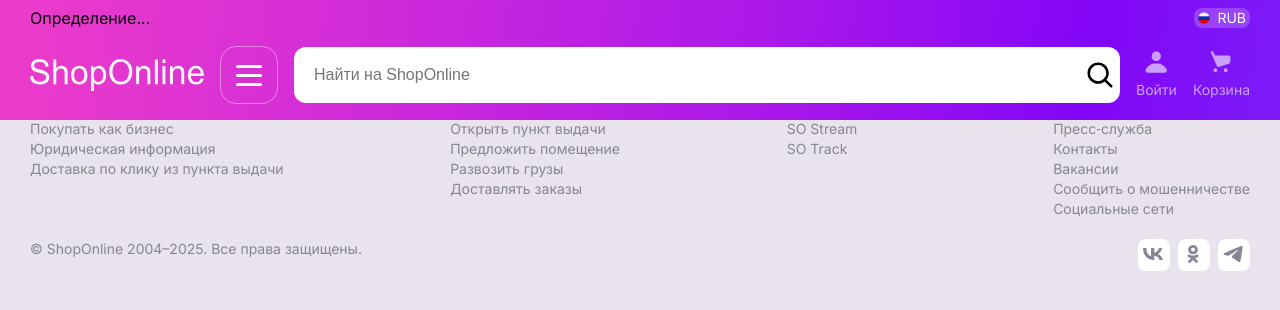
Repository: RostislavZeberg/ShopOnline
Page: /cart
These files come from the project's save history. The page is drawn as it stood at one moment and after the next save; the edit follows.
The browser window is 1280 px wide. The pictures show the whole page.
The page's requests for data from a server got no answer. The project was rebuilt for these pictures with package versions that can differ from the ones it lists, and the page was loaded fresh each time. The framework's server and built-in components were replaced by stand-ins that run in the browser. No one was signed in, and anything a server would have sent is missing. Also part of the build but not shown: next.config.ts.

Above is the page before, as saved 2025-08-15 14:30:33.

### src/app/layout.tsx
import { Inter } from 'next/font/google'
import { ReduxProvider } from './ReduxProvider';
import type { Metadata } from 'next'

import { Header } from '@/components/Header/Header';
import { Footer } from '@/components/Footer/Footer';
import '@/styles/globals.scss';

const inter = Inter({ subsets: ['latin'] })

export const metadata: Metadata = {
  title: "Shop Online",
  description: "There is a huge selection of products in our Shop Online",
};

export default function RootLayout({
  children,
}: {
  children: React.ReactNode
}) {
  return (
    <html lang="en">
      <body>
        <ReduxProvider> {/* Redux доступен везде */}
          <Header /> {/* Может использовать useSelector/useDispatch */}
          <>{children}</>
          <Footer /> {/* Может использовать useSelector/useDispatch */}
        </ReduxProvider>
      </body>
    </html>
  )
}

### src/app/cart/page.tsx
import Cart from '@/components/Cart'
import { Metadata } from 'next'

export const metadata: Metadata = {
  title: 'Shopping Cart | Shop Online',
  robots: 'noindex', // Чтобы поисковики не индексировали корзины
}

export default function CartPage() {
  return (
    <div className="container mx-auto px-4 py-8">
      <h1 className="text-3xl font-bold mb-6">Your Shopping Cart</h1>
      <Cart />
    </div>
  )
}

### src/app/ReduxProvider.tsx
"use client"; // Обязательно в Next.js, если используются хуки

import { Provider } from "react-redux";
import { store } from "@/store/store"; // Ваш Redux-store

export function ReduxProvider({ children }: { children: React.ReactNode }) {
  return <Provider store={store}>{children}</Provider>;
}

### src/components/Header/Header.tsx
import React from 'react';
import Link from 'next/link';

import { YourCity } from './YourCity';
import { CurrencySelection } from './CurrencySelection';
import { BtnBurger } from './BtnBurger';
import { SearchProduct } from './SearchProduct';
import { HeaderNav } from './HeaderNav';
import { OpenSearchDetailed } from './OpenSearchDetailed';
import styles from './header.module.scss'
import { SearchProductDetailed } from '@/modal/SearchProductDetailed/SearchProductDetailed';

export const Header: React.FC = () => {

  return (
    <header className={styles.header}>
      <div className="container">
        <div className={styles.top}>
          <YourCity />
          <CurrencySelection />
        </div>
        <div className={styles.bottom}>
          <Link href={'/'} className="header__logo">
            <img src="/logo.svg" alt="Логотип" className="logo" />
          </Link>
          <BtnBurger />
          <SearchProduct />
          <HeaderNav />
        </div>
        <SearchProductDetailed />
      </div>
    </header>
  );
};

### src/components/Cart.tsx
const Cart = () => {
  return (
    <div>Cart component</div>
  )
}

export default Cart

### src/store/store.ts
import { configureStore, combineSlices } from '@reduxjs/toolkit';
import burgerSlice from './slices/burgerSlice';
import logInSlice from './slices/logInSlice';
import productsSlice from './slices/productsSlice';
import filterSlice from './slices/filterSlice';
import categoriesSlice from './slices/categoriesSlice';
import authFormSlice from './slices/authFormSlice';
import backgroundSlice from './slices/backgroundSlice';
import favoriteSlice from './slices/favoriteSlice';

const rootReducer = combineSlices({
  burgerSlice,
  logInSlice,
  productsSlice,
  filterSlice,
  categoriesSlice,
  authFormSlice,
  backgroundSlice,
  favoriteSlice
});

export const store = configureStore({
  reducer: rootReducer,
});

export type RootState = ReturnType<typeof store.getState>;
export type AppDispatch = typeof store.dispatch;

### src/components/Header/YourCity.tsx
"use client"
import { useCityDetection } from "@/hooks/useCityDetection";
import { useState } from 'react';
import styles from './header.module.scss'

export const YourCity = () => {
  const { city, error, isLoading } = useCityDetection();
  const [coordinates, setCoordinates] = useState<[number, number] | null>(null);

  const handleCityClick = () => {
    if (!city || city === 'Определение...') return;

    // Если есть координаты - используем их
    if (coordinates) {
      window.open(`https://yandex.ru/maps/?pt=${coordinates[1]},${coordinates[0]}&z=12&l=map`, '_blank');
    } else {
      // Иначе ищем по названию города
      window.open(`https://yandex.ru/maps/?text=${encodeURIComponent(city)}`, '_blank');
    }
  };

  return (
    <>
      {isLoading ? (
        <span>Определение...</span>
      ) : error ? (
        <span title={error} onClick={handleCityClick} className={styles.clickableCity}>
          {city}
        </span>
      ) : (
        <span className={`${styles.city} ${styles.clickableCity}`} onClick={handleCityClick}>
          {city}
        </span>
      )}
    </>
  );
}

### src/components/Header/CurrencySelection.tsx
"use client"
import { useCurrencySelect } from "@/hooks/useCurrencySelect ";
import styles from './header.module.scss'

export const CurrencySelection = () => {
  const {
    selectedCurrency,
    isOpenCurrency,
    setIsOpenCurrency,
    handleSelect,
    currencies,
  } = useCurrencySelect('RUB');

  return (
    <div className={`${styles.top__item} ${styles.country}`}>
      <div
        className={styles.show}
        onMouseEnter={() => setIsOpenCurrency(true)}
      >
        <img className={styles.show__icon} src={`/icon_country-${selectedCurrency.code}.svg`} alt="Флаг страны" />
        <span className={styles.show__code}>{selectedCurrency.code}</span>
      </div>

      {isOpenCurrency && (
        <div
          className={styles.list}
          onMouseEnter={() => setIsOpenCurrency(true)}
          onMouseLeave={() => setIsOpenCurrency(false)}
        >
          <h2 className={styles.list__title}>Валюта</h2>
          {currencies.map((currency) => (
            <div
              onClick={() => handleSelect(currency)}
              className={`${styles.item} ${selectedCurrency.code === currency.code ? styles.item__active : ''}`}
              key={currency.code}
            >
              <div className={styles.item__block}>
                <img className={styles.item__icon} src={`/icon_country-${currency.code}.svg`} alt="Флаг страны" />
                <span className={styles.item__code}>{currency.code}</span>
                <span className={styles.item__name}>{currency.name}</span>
              </div>
              <div className={selectedCurrency.code === currency.code ?
                `${styles.item__mark}` : `${styles['item__mark-none']}`}>✓</div>
            </div>
          ))}
        </div>
      )}
    </div>
  )
}

### src/components/Header/BtnBurger.tsx
"use client"
import { useDispatch, useSelector } from 'react-redux';

import { toggleBurger } from '../../store/slices/burgerSlice';
import type { RootState } from '../../store/store';

export const BtnBurger = () => {
  const dispatch = useDispatch();
  const isOpenSearchDetailed = useSelector((state: RootState) => state.burgerSlice.isOpenSearchDetailed);

  return (
    <button
      className={`header__burger burger btn-reset ${isOpenSearchDetailed ? 'burger--close' : ''}`}
      onClick={() => dispatch(toggleBurger())}
    >
      <span className={`burger__line ${isOpenSearchDetailed ? 'burger__line--close' : ''}`}></span>
    </button>
  );
};

### src/components/Header/SearchProduct.tsx
"use client"
import { useState, useCallback, useEffect } from 'react'

import { useDebounce } from '@/hooks/useDebounce'
import styles from './header.module.scss'

export const SearchProduct = () => {
  const [searchQuery, setSearchQuery] = useState('')
  const debouncedSearchQuery = useDebounce(searchQuery, 300)

  // Эффект для выполнения поиска при изменении debounced значения
  useEffect(() => {
    if (debouncedSearchQuery) {
      console.log("Search for:", debouncedSearchQuery)

    }
  }, [debouncedSearchQuery])

  const handleInput = (e: React.ChangeEvent<HTMLInputElement>) => {
    setSearchQuery(e.target.value)
  }

  const handleClear = useCallback(() => {
    setSearchQuery('')
  }, [])

  return (
    <div className={styles.search} role="search">
      <input
        onChange={handleInput}
        value={searchQuery}
        type="text"
        className={styles.search__input}
        placeholder="Найти на ShopOnline"
        aria-label="Поиск товаров"
      />
      <svg
        className={styles.search__icon}
        viewBox="0 0 24 24"
        fill="none"
        xmlns="http://www.w3.org/2000/svg"
        aria-hidden="true"
      >
        <path
          d="M15.7955 15.8111L21 21M18 10.5C18 14.6421 14.6421 18 10.5 18C6.35786 18 3 14.6421 3 10.5C3 6.35786 6.35786 3 10.5 3C14.6421 3 18 6.35786 18 10.5Z"
          stroke="currentColor"
          strokeWidth="2"
          strokeLinecap="round"
          strokeLinejoin="round"
        />
      </svg>
      {searchQuery && (
        <button
          onClick={handleClear}
          className={`btn-closed btn-reset ${styles['btn-closed--search']}`}
          aria-label="Очистить поиск"
        >
        </button>
      )}
    </div>
  )
}

### src/components/Header/HeaderNav.tsx
"use client"
import { useDispatch, useSelector } from 'react-redux';
import Link from 'next/link';

import type { RootState } from '../../store/store';
import { toggleEnterLogIn } from '../../store/slices/logInSlice';
import { toggleBackground } from '../../store/slices/backgroundSlice';
import styles from './header.module.scss'

export const HeaderNav = () => {
  const dispatch = useDispatch();
  const isEnterLogIn = useSelector((state: RootState) => state.logInSlice.isEnterLogIn);

  const toggleRegister = () => {
    dispatch(toggleEnterLogIn());
    dispatch(toggleBackground());
  }

  return (
    <nav className={styles.nav}>
      {isEnterLogIn &&
        <>
          <Link href="/" className={styles.link}>
            <span className={`${styles.link__icon} ${styles['link__icon--favorites']}`}></span>
            Избранные
          </Link>
          <Link href="/" className={styles.link}>
            <span className={`${styles.link__icon} ${styles['link__icon--orders']}`}></span>
            Заказы
          </Link>
        </>
      }
      <Link href="/" onClick={toggleRegister} className={styles.link}>
        <span className={`${styles.link__icon} ${styles['link__icon--log-in']}`}></span>
        {!isEnterLogIn ? 'Войти' : 'Профиль'}
      </Link>
      <Link href="/" className={styles.link}>
        <span className={`${styles.link__icon} ${styles['link__icon--basket']}`}></span>
        Корзина
      </Link>
    </nav>
  )
}

### src/components/Footer/footer.module.scss
.footer {
  padding: 40px 0 72px;
  background-color: rgba(211, 212, 221, .24);
  color: #242424;

  &__top {
    display: flex;
    justify-content: space-between;
    margin-bottom: 20px !important;

    &-item {
      &--title {
        font-size: 14px;
        font-weight: 400;
        line-height: 20px;
        color: #242424;
      }

      &--descr {
        font-size: 14px;
        line-height: 20px;
        color: #868695;
      }
    }
  }

  &__bottom {
    display: flex;
    justify-content: space-between;
  }

  &__bottom-span {
    font-size: 14px;
    line-height: 20px;
    display: flex;
    color: #868695;
  }

  &__social {
    gap: 8px;
    display: flex;
  }

  &__social-icon {
    background-color: #fff;
    border-radius: 8px;
    width: 32px;
    height: 32px;
    display: block;
    position: relative;
  }

  &__social-icon--vk,
  &__social-icon--ok,
  &__social-icon--tg {
    width: 30px;
    height: 30px;
    display: block;
    -webkit-mask-position: 50%;
    mask-position: 50%;
    -webkit-mask-size: auto;
    mask-size: auto;
    -webkit-mask-repeat: no-repeat;
    mask-repeat: no-repeat;
    background-color: #868695;
    transition: background-color .3s;
  }

  &__social-icon--vk {
    -webkit-mask-image: url(/vk.svg);
    -webkit-mask-image: url(/vk.svg);
    mask-image: url(/vk.svg);
  }

  &__social-icon--ok {
    -webkit-mask-image: url(/ok.svg);
    -webkit-mask-image: url(/ok.svg);
    mask-image: url(/ok.svg);
  }

  &__social-icon--tg {
    -webkit-mask-image: url(/tg.svg);
    -webkit-mask-image: url(/tg.svg);
    mask-image: url(/tg.svg);
  }

  &__social-icon--vk:hover {
    background-color: #07f;
  }

  &__social-icon--ok:hover {
    background-color: #ff7701;
  }

  &__social-icon--tg:hover {
    background-color: #3490ec;
  }
}

### src/store/slices/burgerSlice.ts
import { createSlice } from '@reduxjs/toolkit';
import type { PayloadAction } from '@reduxjs/toolkit';

interface BurgerState {
  isOpenSearchDetailed: boolean;
}

const initialState: BurgerState = {
  isOpenSearchDetailed: false,
};

export const burgerSlice = createSlice({
  name: 'burger',
  initialState,
  reducers: {
    toggleBurger: (state) => {
      state.isOpenSearchDetailed = !state.isOpenSearchDetailed;
    },
    setBurgerState: (state, action: PayloadAction<boolean>) => {
      state.isOpenSearchDetailed = action.payload;
    },
  },
});

export const { toggleBurger, setBurgerState } = burgerSlice.actions;
export default burgerSlice.reducer;

### src/store/slices/logInSlice.ts
import { createSlice } from '@reduxjs/toolkit';
import type { PayloadAction } from '@reduxjs/toolkit';

interface LogInState {
  isEnterLogIn: boolean;
}

const initialState: LogInState = {
  isEnterLogIn: false,
};

export const logInSlice = createSlice({
  name: 'log-in',
  initialState,
  reducers: {
    toggleEnterLogIn: (state) => {
      state.isEnterLogIn = !state.isEnterLogIn;
    },
    setEnterLogInState: (state, action: PayloadAction<boolean>) => {
      state.isEnterLogIn = action.payload;
    },
  },
});

export const { toggleEnterLogIn, setEnterLogInState } = logInSlice.actions;
export default logInSlice.reducer;

### src/store/slices/productsSlice.ts
import { createSlice, createAsyncThunk } from '@reduxjs/toolkit';
import type { PayloadAction } from '@reduxjs/toolkit';
import { fetchProductsWithCategories } from '@/services/api';
import { FilterState } from '@/types/filterTypes';
import { filterProducts } from '@/utils/filterProducts';
import { IProductsState, IProductTotal } from '@/types/productsTypes';

export const loadProductsWithCategories = createAsyncThunk(
  'products/loadProductsWithCategories',
  async () => {
    const response = await fetchProductsWithCategories();
    return response;
  }
);

const initialState: IProductsState = {
  items: [],
  filteredItems: [],
  loading: false,
  error: null,
};

const productsSlice = createSlice({
  name: 'products',
  initialState: {
    items: [] as IProductTotal[],
    filteredItems: [] as IProductTotal[],
    loading: false,
    error: null as string | null,
  },
  reducers: {
    applyFilters(state, action: PayloadAction<FilterState>) {
      if (state.items.length > 0) {
        state.filteredItems = filterProducts(state.items, action.payload);
      }
    },
    resetFilters(state) {
      state.filteredItems = state.items;
    }
  },
  extraReducers: (builder) => {
    builder
      .addCase(loadProductsWithCategories.pending, (state) => {
        state.loading = true;
        state.error = null;
      })
      .addCase(
        loadProductsWithCategories.fulfilled,
        (state, action: PayloadAction<IProductTotal[]>) => {
          state.items = action.payload;
          state.filteredItems = action.payload;
          state.loading = false;
        }
      )
      .addCase(loadProductsWithCategories.rejected, (state, action) => {
        state.loading = false;
        state.error = action.error.message || 'Failed to load products';
      });
  },
});

export const { applyFilters, resetFilters } = productsSlice.actions;
export default productsSlice.reducer;

### src/store/slices/filterSlice.ts
import { createSlice } from '@reduxjs/toolkit';
import type { PayloadAction } from '@reduxjs/toolkit';
import { FilterState, PriceRange } from '@/types/filterTypes';

const initialState: FilterState = {
  title: '',
  price: {
    min: 0,
    max: Infinity,
  },
  colors: [],
  categories: [],
};

const filterSlice = createSlice({
  name: 'filter',
  initialState,
  reducers: {
    setFilters(state, action: PayloadAction<Partial<FilterState>>) {
      return { ...state, ...action.payload };
    },
    resetFilters(state) {
      return initialState;
    },
    setTitle(state, action: PayloadAction<string>) {
      state.title = action.payload;
    },
    setPrice(state, action: PayloadAction<PriceRange>) {
      state.price = action.payload;
    },
    setMinPrice(state, action: PayloadAction<number>) {
      state.price.min = action.payload;
    },
    setMaxPrice(state, action: PayloadAction<number>) {
      state.price.max = action.payload;
    },
    toggleColor(state, action: PayloadAction<string>) {
      const color = action.payload.toLowerCase();
      const index = state.colors.indexOf(color);
      if (index === -1) {
        state.colors.push(color);
      } else {
        state.colors.splice(index, 1);
      }
    },
    toggleCategory(state, action: PayloadAction<string>) {
      const category = action.payload.toLowerCase();
      const index = state.categories.indexOf(category);
      if (index === -1) {
        state.categories.push(category);
      } else {
        state.categories.splice(index, 1);
      }
    },
  },
});

export const {
  setFilters,
  resetFilters,
  setTitle,
  setPrice,
  setMinPrice,
  setMaxPrice,
  toggleColor,
  toggleCategory
} = filterSlice.actions;

export default filterSlice.reducer;

### src/store/slices/categoriesSlice.ts
import { createSlice, createAsyncThunk } from '@reduxjs/toolkit';
import type { PayloadAction } from '@reduxjs/toolkit';

import { getCategories } from '@/services/api';
import { ICategoriesState, ICategory } from '@/types/productsTypes';

// Создаем асинхронный thunk
export const loadCategories = createAsyncThunk(
  'categories/loadCategories',
  async () => {
    const response = await getCategories();
    return response;
  }
);

const initialState: ICategoriesState = {
  items: [],
  loading: false,
  error: null,
};

const categoriesSlice = createSlice({
  name: 'categories',
  initialState,
  reducers: {},
  extraReducers: (builder) => {
    builder
      .addCase(loadCategories.pending, (state) => {
        state.loading = true;
        state.error = null;
      })
      .addCase(
        loadCategories.fulfilled,
        (state, action: PayloadAction<ICategory[]>) => {
          state.items = action.payload;
          state.loading = false;
        }
      )
      .addCase(loadCategories.rejected, (state, action) => {
        state.loading = false;
        state.error = action.error.message || 'Failed to load categories';
      });
  },
});

export default categoriesSlice.reducer;

### src/store/slices/authFormSlice.ts
import { createSlice } from '@reduxjs/toolkit';
import type { PayloadAction } from '@reduxjs/toolkit';

interface AuthFormState {
  isAuthForm: boolean;
}

const initialState: AuthFormState = {
  isAuthForm: false,
};

export const authFormSlice = createSlice({
  name: 'auth-form',
  initialState,
  reducers: {
    toggleAuthForm: (state) => {
      state.isAuthForm = !state.isAuthForm;
    },
    setAuthFormState: (state, action: PayloadAction<boolean>) => {
      state.isAuthForm = action.payload;
    },
  },
});

export const { toggleAuthForm, setAuthFormState } = authFormSlice.actions;
export default authFormSlice.reducer;

### src/store/slices/backgroundSlice.ts
import { createSlice } from '@reduxjs/toolkit';
import type { PayloadAction } from '@reduxjs/toolkit';

interface BackgroundState {
  isBackground: boolean;
}

const initialState: BackgroundState = {
  isBackground: false,
};

export const backgroundSlice = createSlice({
  name: 'background',
  initialState,
  reducers: {
    toggleBackground: (state) => {
      state.isBackground = !state.isBackground;
    },
    setBackgroundState: (state, action: PayloadAction<boolean>) => {
      state.isBackground = action.payload;
    },
  },
});

export const { toggleBackground, setBackgroundState } = backgroundSlice.actions;
export default backgroundSlice.reducer;

### src/hooks/useCurrencySelect .ts
import { useState } from 'react';

type Currency = {
  code: string;
  name: string;
  symbol: string;
};

const currencies: Currency[] = [
  { code: 'RUB', name: 'Российский рубль', symbol: '₽' },
  { code: 'BYN', name: 'Белорусский рубль', symbol: 'Br' },
  { code: 'KZT', name: 'Казахстанский тенге', symbol: '₸' },
  { code: 'AMD', name: 'Армянский драм', symbol: '֏' },
  { code: 'KGS', name: 'Кыргызский сом', symbol: 'с' },
  { code: 'UZS', name: 'Узбекский сум', symbol: 'soʻm' },
  { code: 'TJS', name: 'Таджикский сомони', symbol: 'SM' },
];

export const useCurrencySelect = (defaultCurrency: string = 'RUB') => {
  const [selectedCurrency, setSelectedCurrency] = useState<Currency>(
    () => currencies.find(c => c.code === defaultCurrency) || currencies[0]
  );
  const [isOpenCurrency, setIsOpenCurrency] = useState(false);

  const handleSelect = (currency: Currency) => {
    setSelectedCurrency(currency);
    setIsOpenCurrency(false);
  };

  return {
    selectedCurrency,
    isOpenCurrency,
    setIsOpenCurrency,
    handleSelect,
    currencies,
  };
};

### src/hooks/useDebounce.ts
import { useState, useEffect } from 'react'

export function useDebounce<T>(value: T, delay: number): T {
  const [debouncedValue, setDebouncedValue] = useState(value)

  useEffect(() => {
    const timer = setTimeout(() => {
      setDebouncedValue(value)
    }, delay)

    return () => {
      clearTimeout(timer)
    }
  }, [value, delay])

  return debouncedValue
}

### src/styles/_mixins.scss
@mixin absoluteCenter {
  position: absolute;
  margin-top: auto;
  margin-right: auto;
  margin-bottom: auto;
  margin-left: auto;
  top: 0;
  right: 0;
  bottom: 0;
  left: 0;
}

@mixin absoluteCenterHorizontal {
  position: absolute;
  margin-right: auto;
  margin-left: auto;
  right: 0;
  left: 0;
}

@mixin absoluteCenterVertical {
  position: absolute;
  margin-top: auto;
  margin-bottom: auto;
  top: 0;
  bottom: 0;
}

@mixin fixedCenter {
  position: fixed;
  margin-top: auto;
  margin-right: auto;
  margin-bottom: auto;
  margin-left: auto;
  top: 50%;
  right: 0;
  bottom: 50%;
  left: 0;
}

### src/modal/SearchProductDetailed/SearchProductDetailed.module.scss
  @use '../../styles/mixins';

  .search-detailed,
  .search-detailed--active {
    @include mixins.absoluteCenterHorizontal;
    display: flex;
    flex-direction: column;
    padding: 16px;
    width: fit-content;
    height: 0;
    overflow: hidden;
    opacity: 0;
    background-color: #bf22e1;
    transition: height 0.3s ease-in-out, opacity 0.3s ease-in-out;

    .btn-closed--search-detailed {
      position: absolute;
      top: -10px;
      right: -10px;
    }
  }

  .search-detailed--active {
    height: fit-content;
    opacity: 1;
  }

### src/utils/filterProducts.ts
import { FilterState } from "@/types/filterTypes";
import { IProductTotal } from "@/types/productsTypes";

export const filterProducts = (
  products: IProductTotal[],
  filters: FilterState
): IProductTotal[] => {

  if (!filters || Object.keys(filters).length === 0) return products;

  return products.filter(product => {
    // Фильтрация по названию
    const titleMatch = !filters.title ||
      product.title.toLowerCase().includes(filters.title.toLowerCase());

    // Фильтрация по цене
    const minPrice = filters.price?.min || 0;
    const maxPrice = filters.price?.max || Infinity;
    const priceMatch = product.price >= minPrice && product.price <= maxPrice;

    // Фильтрация по цвету
    const colorMatch = !filters.colors?.length ||
      product.colors?.some(color =>
        filters.colors.some(filterColor =>
          color.title.toLowerCase().includes(filterColor.toLowerCase())
        )
      );

    // Фильтрация по категории
    console.log("filters.categories:", filters.categories)
    console.log("product.category.title:", product.category.title)
    const categoryMatch = !filters.categories?.length ||
      filters.categories.some(filterCategory =>
        product.category.title.toLowerCase().includes(filterCategory.toLowerCase())
      );

    return titleMatch && priceMatch && colorMatch && categoryMatch;
  });
};

Loaded but not shown: src/components/Header/header.module.scss (313 lines, source omitted); src/styles/globals.scss (317 lines, source omitted); src/components/Footer/Footer.tsx (127 lines, source omitted); src/modal/SearchProductDetailed/SearchProductDetailed.tsx (163 lines, source omitted); src/store/slices/favoriteSlice.ts (103 lines, source omitted); src/services/api.ts (114 lines, source omitted); src/hooks/useCityDetection.ts (57 lines, source omitted)

After the next save:
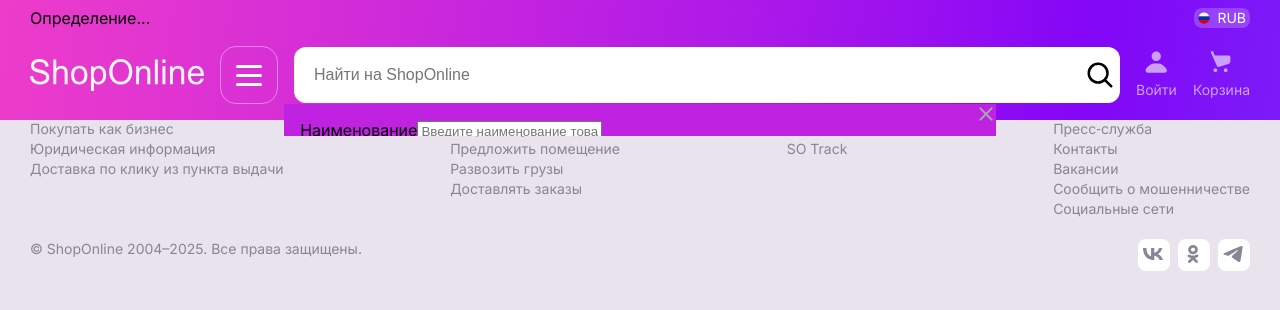
Saved 16 s later.
--- a/src/modal/SearchProductDetailed/SearchProductDetailed.module.scss
+++ b/src/modal/SearchProductDetailed/SearchProductDetailed.module.scss
@@ -9,7 +9,7 @@
     width: fit-content;
     height: 0;
     overflow: hidden;
-    opacity: 0;
+    // opacity: 0;
     background-color: #bf22e1;
     transition: height 0.3s ease-in-out, opacity 0.3s ease-in-out;
 

After the save that followed:
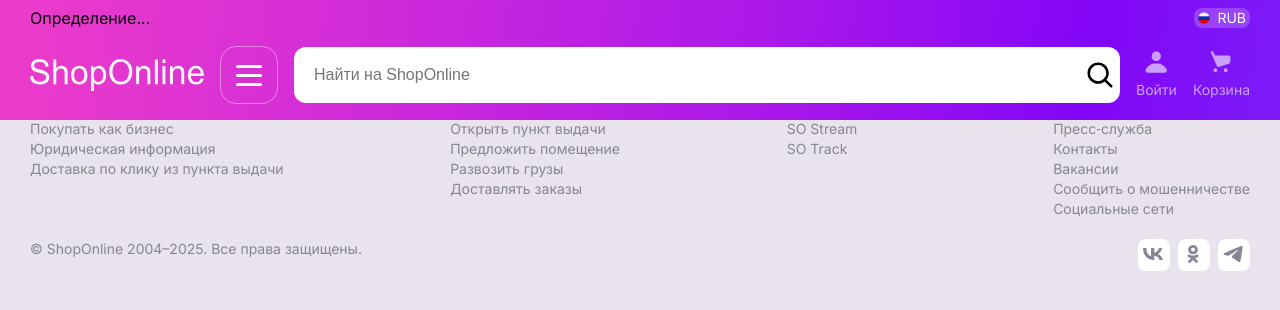
Saved 19 s later.
--- a/src/modal/SearchProductDetailed/SearchProductDetailed.module.scss
+++ b/src/modal/SearchProductDetailed/SearchProductDetailed.module.scss
@@ -9,9 +9,9 @@
     width: fit-content;
     height: 0;
     overflow: hidden;
-    // opacity: 0;
+    opacity: 0;
     background-color: #bf22e1;
-    transition: height 0.3s ease-in-out, opacity 0.3s ease-in-out;
+    transition: height 0.3s ease-in-out;
 
     .btn-closed--search-detailed {
       position: absolute;
